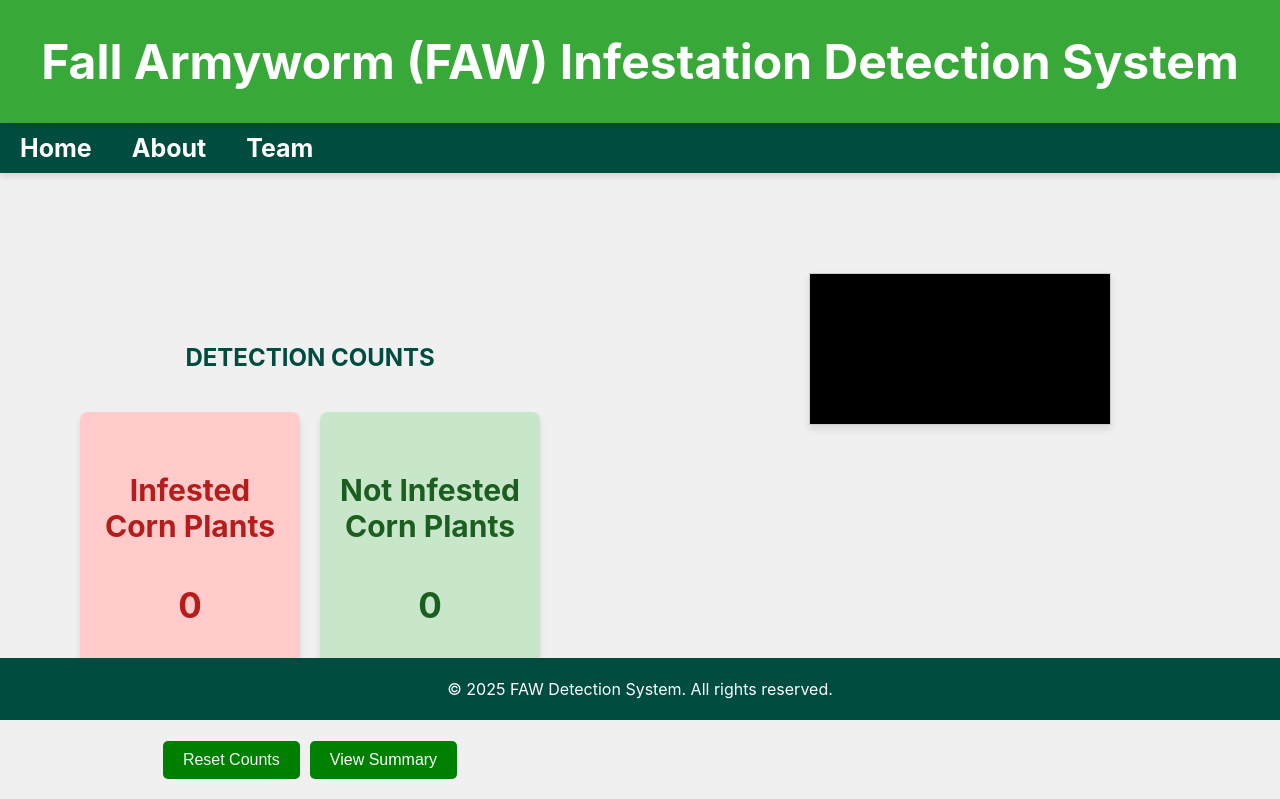
Repository: jansen223/faw-detection-main
Page: /
An editor plug-in stored every save of this project. The page is shown before and after the next save, followed by the edit.
The browser window is 1280 px wide. The pictures show the whole page.
The page's requests for data from a server got no answer. The project was rebuilt for these pictures with package versions that can differ from the ones it lists, and the page was loaded fresh each time. No one was signed in, and anything a server would have sent is missing. Also part of the build but not shown: src/pages/About.css, src/pages/About.js, src/pages/Team.css, src/pages/Team.js, src/pages/Summary.css, src/pages/Summary.js.

Above is the page before, as saved 2025-04-10 18:50:07.

### public/index.html
<!DOCTYPE html>
<html lang="en">
<head>
  <meta charset="utf-8" />
  <link rel="icon" href="%PUBLIC_URL%/maize_icon.jpg" />
  <meta name="viewport" content="width=device-width, initial-scale=1" />
  <meta name="theme-color" content="#000000" />
  <meta name="description" content="FAW Detection Web Interface" />
  <title>FAW Detection</title>
</head>
<body>
  <noscript>You need to enable JavaScript to run this app.</noscript>
  <div id="root"></div>
</body>
</html>

### src/App.js
import React, { useEffect, useRef } from 'react';
import { BrowserRouter as Router, Routes, Route, Link } from 'react-router-dom';
import { io } from 'socket.io-client';
import Home from './pages/Home';
import About from './pages/About';
import Team from './pages/Team';
import Summary from './pages/Summary';
import './App.css';

function App() {
  const canvasRef = useRef(null);
  const socketRef = useRef(null);
  const [counts, setCounts] = React.useState({ infested: 0, notInfested: 0 });

  useEffect(() => {
    socketRef.current = io('http://192.168.254.108:5000');

    let lastRenderTime = 0;
    socketRef.current.on('video_frame', (data) => {
      const now = Date.now();
      if (now - lastRenderTime < 100) return; // Skip frames if less than 100ms
      lastRenderTime = now;

      const img = new Image();
      img.src = `data:[embedded picture, 38 characters]

      img.onload = () => {
        const canvas = canvasRef.current;
        if (!canvas) return;
        const ctx = canvas.getContext('2d');
        canvas.width = img.width;
        canvas.height = img.height;
        ctx.drawImage(img, 0, 0);
      };
    });

    socketRef.current.on('detection_counts', (data) => {
      setCounts({
        infested: data.infested_count,
        notInfested: data.not_infested_count
      });
    });

    return () => {
      if (socketRef.current) socketRef.current.disconnect();
    };
  }, []);

  const resetCounts = async () => {
    try {
      const response = await fetch('http://192.168.254.108:5000/reset_counts', {
        method: 'POST',
      });
      const data = await response.json();
      if (data.message) {
        setCounts({ infested: 0, notInfested: 0 });
        alert(data.message);
      }
    } catch (error) {
      console.error('Error resetting counts:', error);
    }
  };

  return (
    <Router>
      <div className="App">
        <header className="App-header">
          <h1>Fall Armyworm (FAW) Infestation Detection System</h1>
        </header>
        <nav className="App-navbar">
          <ul>
            <li><Link to="/">Home</Link></li>
            <li><Link to="/about">About</Link></li>
            <li><Link to="/team">Team</Link></li>
          </ul>
        </nav>
        <Routes>
          <Route path="/" element={<Home canvasRef={canvasRef} counts={counts} resetCounts={resetCounts} />} />
          <Route path="/about" element={<About />} />
          <Route path="/team" element={<Team />} />
          <Route path="/summary" element={<Summary />} />
        </Routes>
        <footer className="App-footer">
          <p>&copy; 2025 FAW Detection System. All rights reserved.</p>
        </footer>
      </div>
    </Router>
  );
}

export default App;

### src/pages/Home.js
import React from 'react';
import { useNavigate } from 'react-router-dom';
import './Home.css';

function Home({ canvasRef, counts, resetCounts }) {
  const navigate = useNavigate();

  return (
    <div className="layout-container">
      <div className="detection-section">
        <h3>DETECTION COUNTS</h3>
        <div className="detection-cards">
          <div className="card infested">
            <h4>Infested Corn Plants</h4>
            <p>{counts.infested}</p>
          </div>
          <div className="card not-infested">
            <h4>Not Infested Corn Plants</h4>
            <p>{counts.notInfested}</p>
          </div>
        </div>
        <button onClick={resetCounts} className="reset-button">
          Reset Counts
        </button>
        <button onClick={() => navigate('/summary')} className="view-summary-button">
          View Summary
        </button>
      </div>
      <div className="camera-section">
        <canvas ref={canvasRef} />
      </div>
    </div>
  );
}

export default Home;

### src/App.css
html {
  margin: 0;
  padding: 0;
}

body {
  margin: 0;
  padding: 0;
}

.App {
  text-align: center;
  background-color: #f0f0f0;
  min-height: 100vh;
  display: flex;
  flex-direction: column;
  align-items: center;
}

.App-header {
  background-color: rgba(9, 151, 9, 0.795);
  color: white;
  text-align: center;
  font-size: 1.5rem;
  font-weight: bold;
  box-shadow: 0 4px 6px rgba(0, 0, 0, 0.1);
  top: 0;
  z-index: 1000;
  width: 100%;
  margin: 0;
  box-sizing: border-box;
}

.App-navbar {
  background-color: #004d40;
  color: white;
  padding: 10px 0 10px 0;
  display: flex;
  justify-content: space-between;
  align-items: center;
  box-shadow: 0 4px 6px rgba(0, 0, 0, 0.1);
  width: 100%;
}

.App-navbar ul {
  list-style: none;
  display: flex;
  gap: 40px;
  margin: 0;
  padding: 0;
  padding-left: 20px;
}

.App-navbar a {
  color: white;
  text-decoration: none;
  font-weight: bold;
  font-size: 25px;
}

.App-navbar a:hover {
  text-decoration: underline;
}

.App-footer {
  background-color: #004d40;
  color: white;
  padding: 5px 20px;
  text-align: center;
  position: fixed;
  bottom: 0;
  width: 100%;
}

### src/pages/Home.css
.layout-container {
  display: flex;
  justify-content: center;
  align-items: flex-start;
  gap: 100px;
  width: 100%;
  padding: 20px;
  box-sizing: border-box;
}

.detection-section {
  flex: 1;
  max-width: 600px;
  text-align: center;
  margin-top: 150px;
  margin-left: 60px;
  margin-right: 20px;
}

.detection-section h3 {
  font-size: 1.5rem;
  font-weight: bold;
  color: #004d40;
  margin: 0 0 40px 0;
}

.detection-cards {
  display: flex;
  gap: 20px;
  margin-top: 10px;
}

.detection-cards .card {
  padding: 15px;
  border-radius: 8px;
  box-shadow: 0 4px 6px rgba(0, 0, 0, 0.1);
  text-align: center;
  flex: 1;
  transition: transform 0.3s ease;
}

.detection-cards .card.infested {
  background-color: #ffcccb;
  color: #b71c1c;
  padding: 20px;
}

.detection-cards .card.not-infested {
  background-color: #c8e6c9;
  color: #1b5e20;
  padding: 20px;
}

.detection-cards .card h4 {
  font-size: 30px;
}

.detection-cards .card p {
  font-size: 35px;
  font-weight: bold;
}

.camera-section {
  flex: 2;
  display: flex;
  justify-content: center;
  max-width: 600px;
}

canvas {
  box-shadow: 0 4px 8px rgba(0, 0, 0, 0.1);
  background: black;
  margin-top: 80px;
  max-width: 100%;
  border: 1px solid #ccc;
}

.reset-button {
  margin-top: 60px;
  padding: 10px 20px;
  background-color: green;
  color: whitesmoke;
  border: none;
  border-radius: 5px;
  cursor: pointer;
  font-size: 1rem;
  transition: background-color 0.3s ease;
}

.reset-button:hover {
  background-color: darkgreen;
}

.view-summary-button {
  margin-top: 20px;
  margin-left: 10px;
  padding: 10px 20px;
  background-color: green;
  color: white;
  border: none;
  border-radius: 5px;
  cursor: pointer;
  font-size: 1rem;
  transition: background-color 0.3s ease;
}

.view-summary-button:hover {
  background-color: darkgreen;
}

Loaded but not shown: src/index.js (common file); src/index.css (common file); src/reportWebVitals.js (common file)

After the next save:
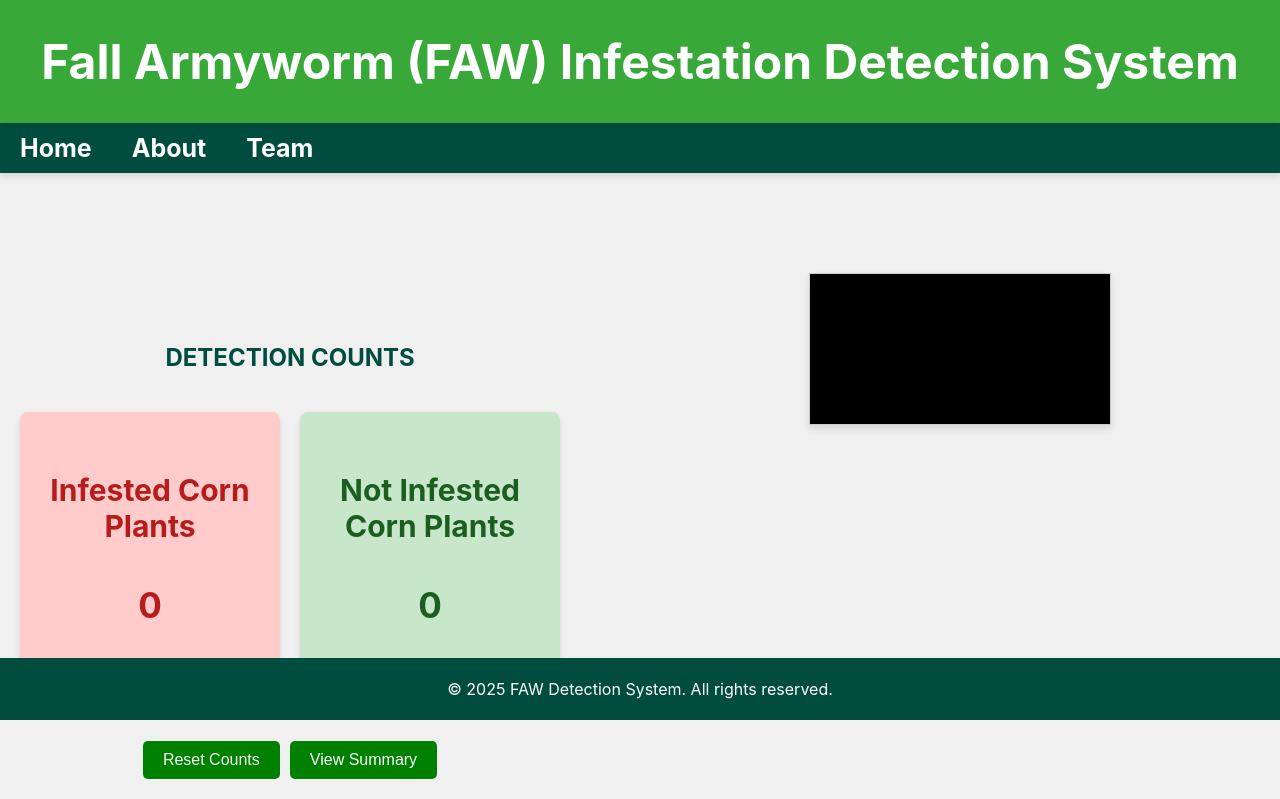
Saved 66 s later.
--- a/src/pages/Home.css
+++ b/src/pages/Home.css
@@ -13,8 +13,6 @@
   max-width: 600px;
   text-align: center;
   margin-top: 150px;
-  margin-left: 60px;
-  margin-right: 20px;
 }
 
 .detection-section h3 {
